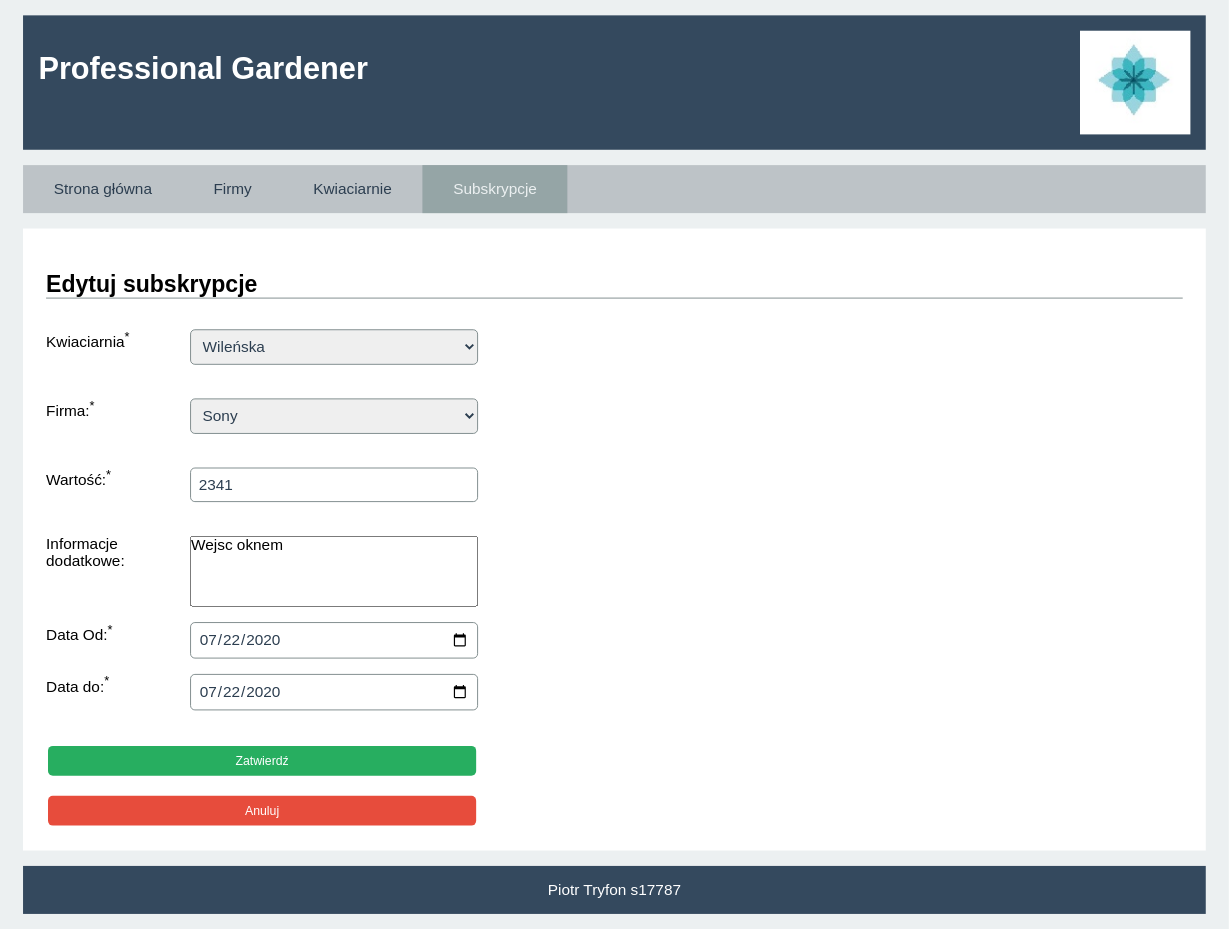
Repository: s17787/TIN
Page: tin_zaoczne_12_s17787_html-css/pages/subscription-edit.html
The author's editor kept a copy of each file at every save. The page is drawn from the files as they stood at one save, then again after the next save.
The browser window is 1280 px wide. The pictures show the whole page, at 96% of full size.

Above is the page before, as saved 2021-01-06 09:40:05.

After the next save:
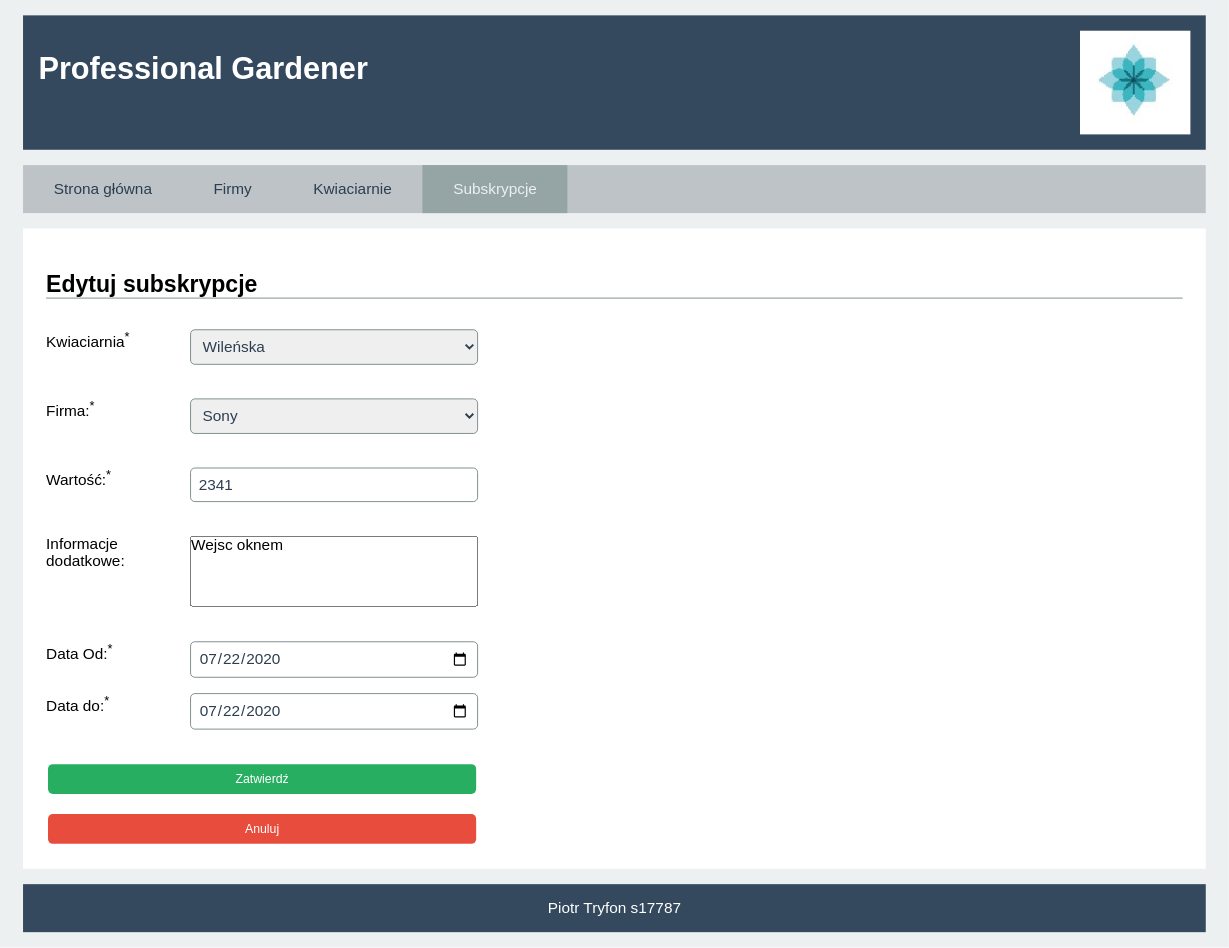
Saved 8 s later.
--- a/tin_zaoczne_12_s17787_html-css/pages/subscription-edit.html
+++ b/tin_zaoczne_12_s17787_html-css/pages/subscription-edit.html
@@ -48,6 +48,7 @@
             <!--<div class="form-group">-->
                 <label for="Informacje">Informacje dodatkowe:</label>
                 <textarea type="text" name="Informacje" id="Informacje" rows="4" cols="10" style="resize: none;">Wejsc oknem</textarea>
+                <span id="errorInformation" class="errors-text"></span>
             <!--</div>-->
             <!--<div class="form-group">-->
                 <label for="date_From">Data Od:<sup>*</sup></label>
